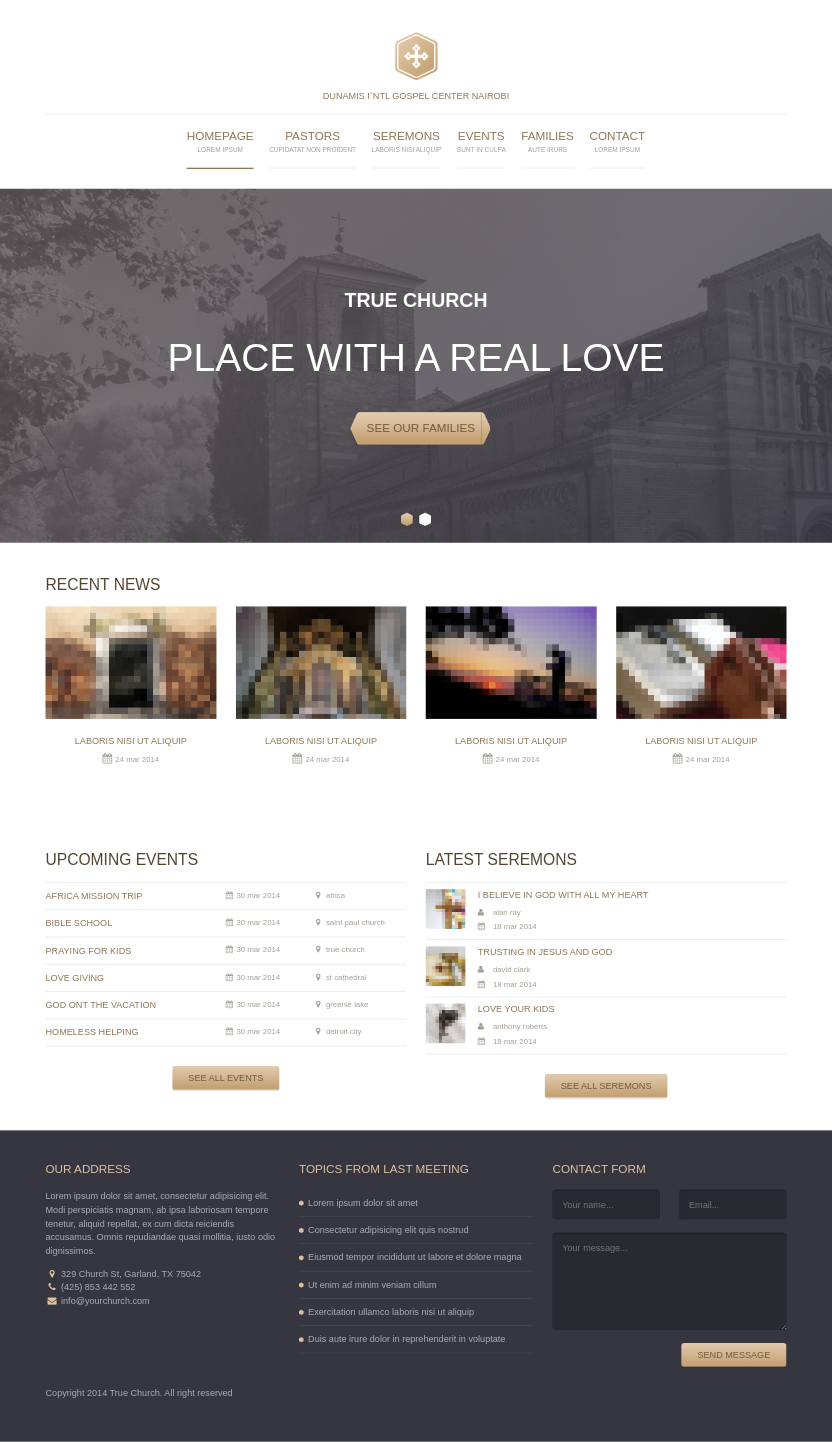
Repository: profbkmurage/churchWebsite
Page: index.html
An editor plug-in stored every save of this project. The page is shown before and after the next save, followed by the edit.
The browser window is 1280 px wide. The pictures show the whole page, at 65% of full size.

Above is the page before, as saved 2024-07-10 17:55:09.

After the next save:
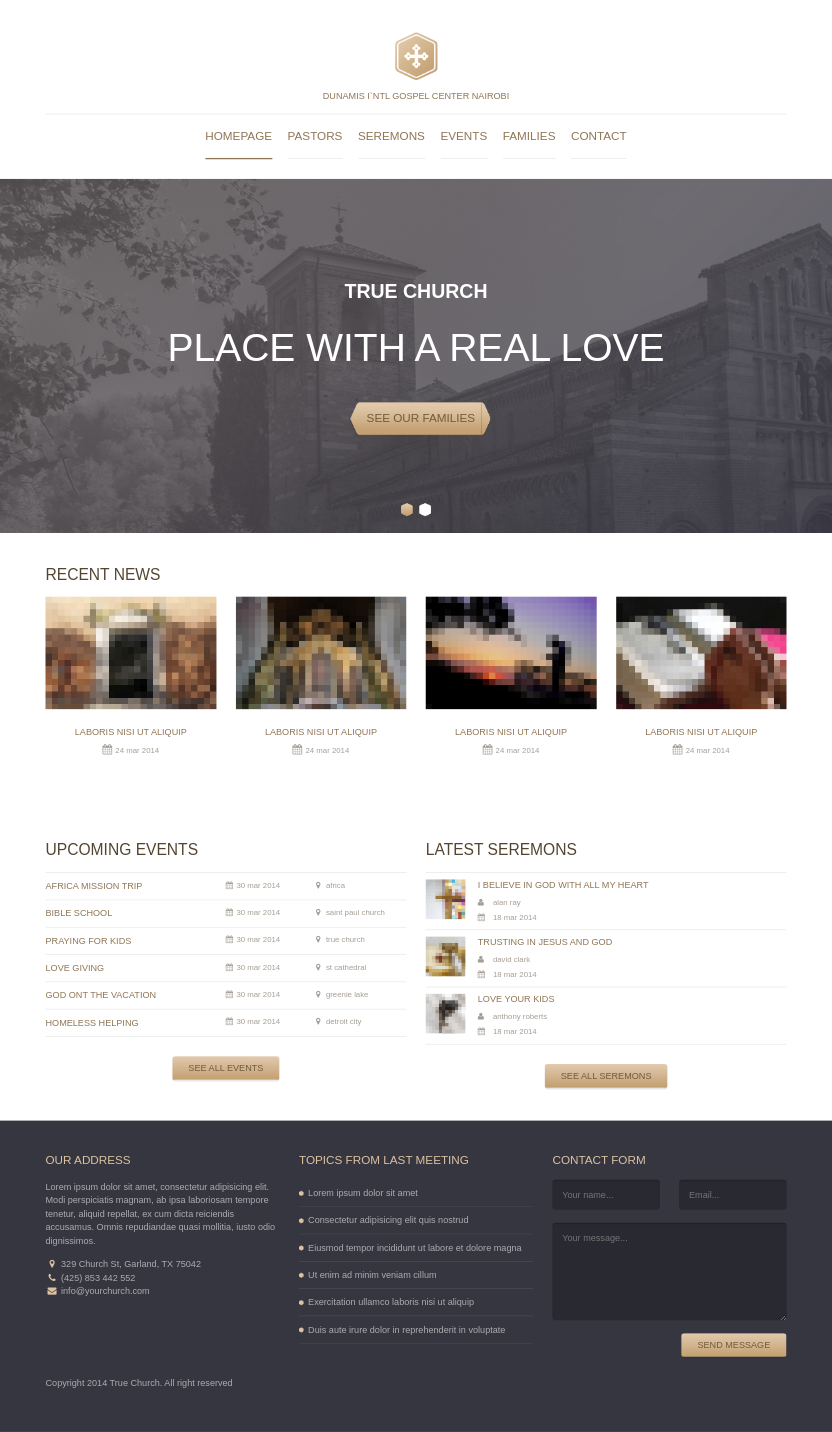
Saved 2 min 7 s later.
--- a/index.html
+++ b/index.html
@@ -34,12 +34,12 @@
 					<div class="main-navigation">
 						<button class="menu-toggle"><i class="fa fa-bars"></i> Menu</button>
 						<ul class="menu">
-							<li class="menu-item current-menu-item"><a href="index.html">Homepage <small>Lorem ipsum</small></a></li>
-							<li class="menu-item"><a href="#">Pastors <small>Cupidatat non proident</small></a></li>
-							<li class="menu-item"><a href="seremons.html">Seremons <small>Laboris nisi aliquip</small></a></li>
-							<li class="menu-item"><a href="events.html">Events <small>Sunt in culpa</small></a></li>
-							<li class="menu-item"><a href="families.html">Families <small>Aute irure</small></a></li>
-							<li class="menu-item"><a href="#">Contact <small>lorem ipsum</small></a></li>
+							<li class="menu-item current-menu-item"><a href="index.html">Homepage</a></li>
+							<li class="menu-item"><a href="#">Pastors </a></li>
+							<li class="menu-item"><a href="seremons.html">Seremons </a></li>
+							<li class="menu-item"><a href="events.html">Events </a></li>
+							<li class="menu-item"><a href="families.html">Families </a></li>
+							<li class="menu-item"><a href="#">Contact</a></li>
 						</ul>
 					</div>
 
